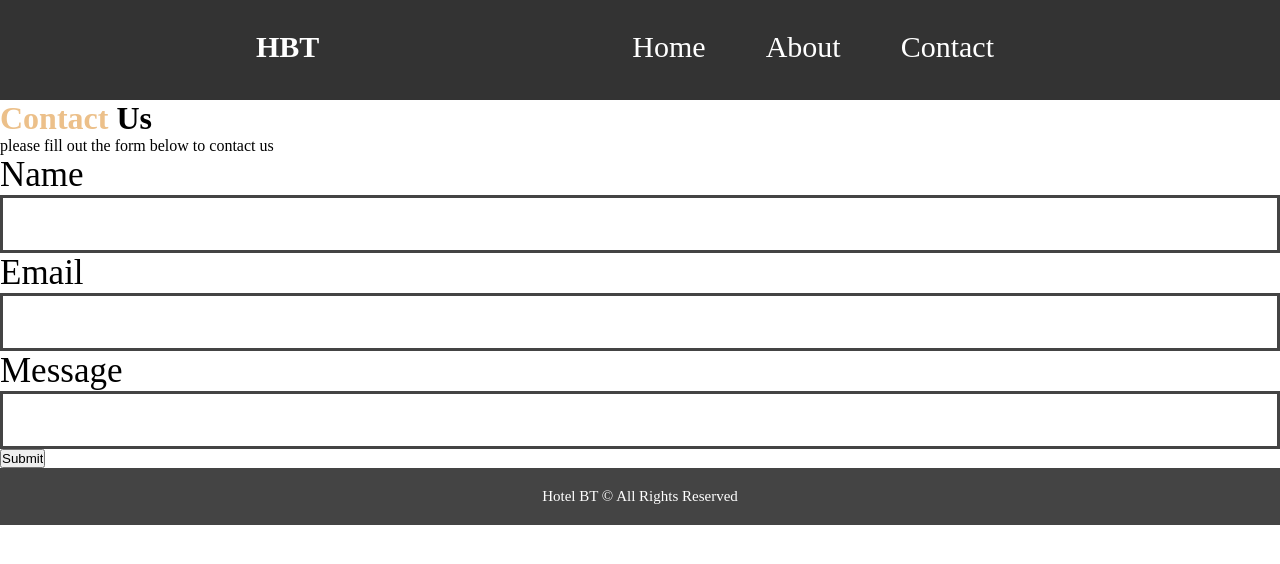
Repository: reemoon-ctrl/hotel-website
Page: 35 - hotel-website/contact.html
The author's editor kept a copy of each file at every save. The page is drawn from the files as they stood at one save, then again after a run of saves.
The browser window is 1280 px wide. The pictures show the whole page.

Above is the page before, as saved 2024-07-22 09:36:14.

### 35 - hotel-website/contact.html
<!DOCTYPE html>
<html lang="en">
<head>
    <meta charset="UTF-8">
    <meta name="viewport" content="width=device-width, initial-scale=1.0">
    <title>HBT | Hotel Website</title>
    <link rel="stylesheet" href="index.css"/>
</head>
<body>
    <header>
        <ul class="nav-bar">
            <li class="title"><a href="index.html">HBT</a></li>
            <div class="bag-nav-row" >
            <li class="bag-nav"><a href=" ">Contact</a></li>
            <li class="bag-nav"><a href="">About</a></li>
            <li class="bag-nav"><a href="index.html">Home</a></li>
            </div>
        </ul>
    </header>

    <main>
        <div>
            <form action="#">
                <h1><span class="fword">Contact </span>Us</h1>
                <p>please fill out the form below to contact us</p>
                <div class="form-label">
                    <label for="name">Name</label>
                    <input type="text">

                </div>
                <div class="form-label">
                    <label for="Email">Email</label>
                    <input type="text">
                </div>
                <div class="form-label">
                    <label for="Message">Message</label>
                    <input type="text">

                </div>
                <input type="submit">
            </form>
        </div>

    </main>

    <footer>
        <p>Hotel BT &copy; All Rights Reserved</p>

    </footer>

</body>
</html>

### 35 - hotel-website/index.css
*{
    padding: 0px;
    margin: 0px;
    box-sizing: border-box;

}
.nav-bar{
    list-style:none;
    overflow: auto;
    /* clear:both; */
    background: #333333;
    font-size: 20px;
    text-align: center;
    height: 100px;

}

.bag-nav-row{
    margin-right: 20%;
}
.title{
    float: left;
    margin-left: 20%;
    font-weight: bold;
    font-size:30px ;

    text-align: center;
    padding:30px 0px;

}
.title  a{
    text-decoration: none;
    color:#fff
}


.bag-nav{
    float: right;
    font-size: 30px;

}
.bag-nav-row li a{
    text-decoration: none;
    padding: 30px 30px 30px 30px;
    display: inline-block;
    color: #fff;
}

.bag-nav-row li a:hover{
    background: #444444;
    color:#ecc08a;
}
.bag-nav-row li a:active{
    background: #444444;
    color:#ecc08a;
}


.mainheader{
     background-image: url("img/showcase.jpg")  ;
   /* background-size:cover;


    height: 600px; */


  background-color: #cccccc;
  height: 600px;
  background-position: center;
  background-repeat: no-repeat;
  background-size: cover;
  position: relative;
}
.mainheadertxt{
    margin: auto;
    top:50%;
    position:relative;
    text-align: center;
    /* margin-top: 20px; */
    color:#fff;
}
.mainheadertxt h3{
    font-size:xx-large;

}

.mainheadertxt p{
    margin:20px;
}
.mainheadertxt a{
    position:relative;
    display: block;
    width: fit-content;
    background: #444444;
    text-decoration:none ;
    color: #fff;
    top:50%;
    margin:auto;


    padding: 20px;
}
.fword{
    color:#ecc08a
}
.main-content{
    width:100%;
    height:300px;
    overflow: auto;
    background: #444444;
    color: #fff;
}
.hotelimg{
    width:50%;
    float:left;
    height:300px;

}
.hotel-disc{
    width:50%;
    float:right;
    text-align: center;
    /* margin-top:px; */
    line-height: 1.5;
    padding:20px;

}
.hotel-disc h3{
    font-size: xx-large;
    margin-bottom: 20px;
}
.hotel-disc a{
    position:relative;
    display: block;
    width: fit-content;

    text-decoration:none ;
    color: #333333;
    padding: 15px;
    margin:auto;
    margin-top: 20px;
    background: #fff;

}

.aside-bar{
    height: 300px;
    overflow: auto;
    clear:both;

}
.ul{
    list-style: none;
    text-align: center;
    margin:auto;
    height:300px;
}
.fli{
    padding: 60px;
    margin: auto;
    float: left;
    width:33%;
    height: 300px;
    padding: 90px 20px;
}
.fli h4{
    font-size: 25px;
    margin-bottom: 20px;
}
.sli h4{
    font-size: 25px;
    margin-bottom: 20px;
}
.thli h4{
    font-size: 25px;
    margin-bottom: 20px;
}
.sli{
    float:left;
    width:33%;
    background-color:#ecc08a;
    height: 300px;
    padding: 90px 20px;

}
.thli{
    float:right;
    width:33%;
    height: 300px;
    margin: auto;
    height: 300px;
    padding: 90px 20px;
}

footer p{
    text-align: center;
    font-size: 15px;
    color: #fff;
    background: #444444;
    padding: 20px;
}
/* ///////////////about website////////////////// */
.s-header{
    overflow: auto;
    clear: both;
    margin: auto;
    margin: 50px 20%;
    /* height: 500px; */
}
.header-content{
    float:left;
    width:40%;

}
.header-content h1{
    font-size: 50px;
}
.header-content p{
    font-size: 28px;
    margin-top: 20px;
    line-height: 1.3;
}
.hotel-img2{
    height:400px;
    width: 40%;
    float: right;
    border-radius:50%;
}
.comment{
    overflow: auto;
    background:#ecc08a;
    margin: 20px 20%;
    border-radius: 20px;

}
.aside-content{
    background-image: url(img/test-bg.jpg) ;
    background-color: #cccccc;
    height:900px;
    background-position: center;
    background-repeat: no-repeat;
    background-size: cover;
    position: relative;
    width: 100%;



}
.aside-content h1{
    margin: 20px 20%;
    text-align: center;
    color: #FFF;
    font-size: 50px;
    padding-top: 100px;
    padding-bottom: 50px;

}
.comment img{
    padding-top: 30px;
width:200px ;
height:200px ;
border-radius: 200px;
float: left;
padding-right: 20px;
padding-left: 20px;
margin-bottom: 50px;
}
.comment p{
padding-top: 70px;
font-size: 28px;
color: #333333;


}
/* ///////////////about style///////////// */
.form-label label{
    display: block;

}
.form-label input{
    width:100%;
    padding:10px;
    font-size: 28px;
    border:#444444 solid ;

}
.form-label{
    font-size: 35px;
}

After the next 2 saves:
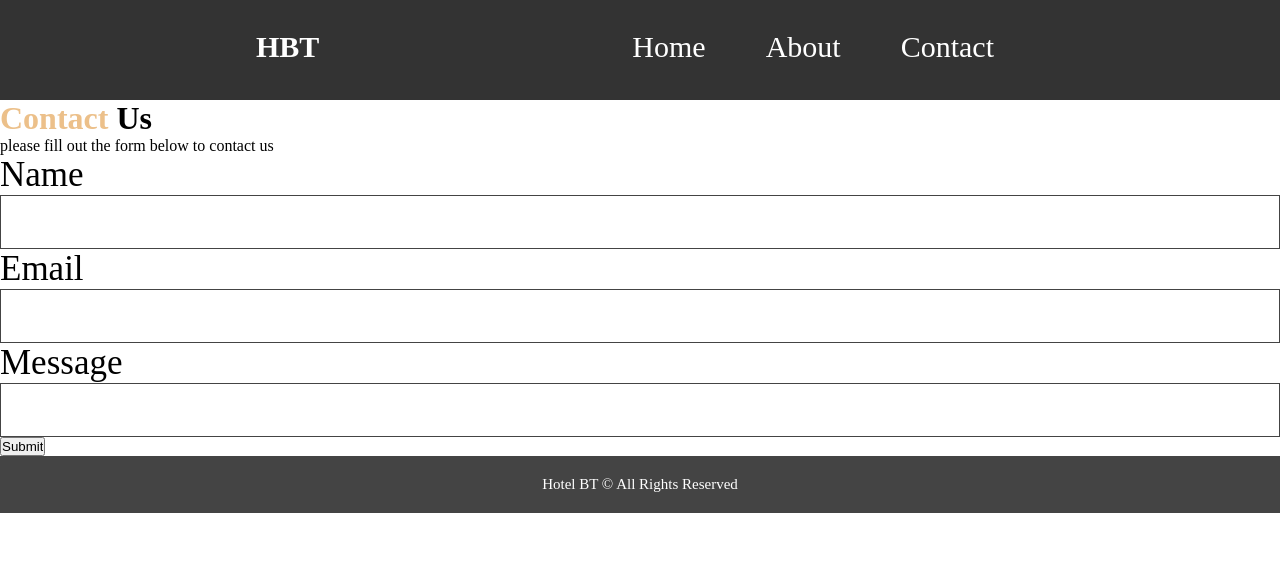
The 2 saves are shown as one change because they came seconds apart.
The last was saved 6 s later.
--- a/35 - hotel-website/index.css
+++ b/35 - hotel-website/index.css
@@ -281,7 +281,7 @@ color: #333333;
     width:100%;
     padding:10px;
     font-size: 28px;
-    border:#444444 solid ;
+    border:#444444 solid 1px;
 
 }
 .form-label{
